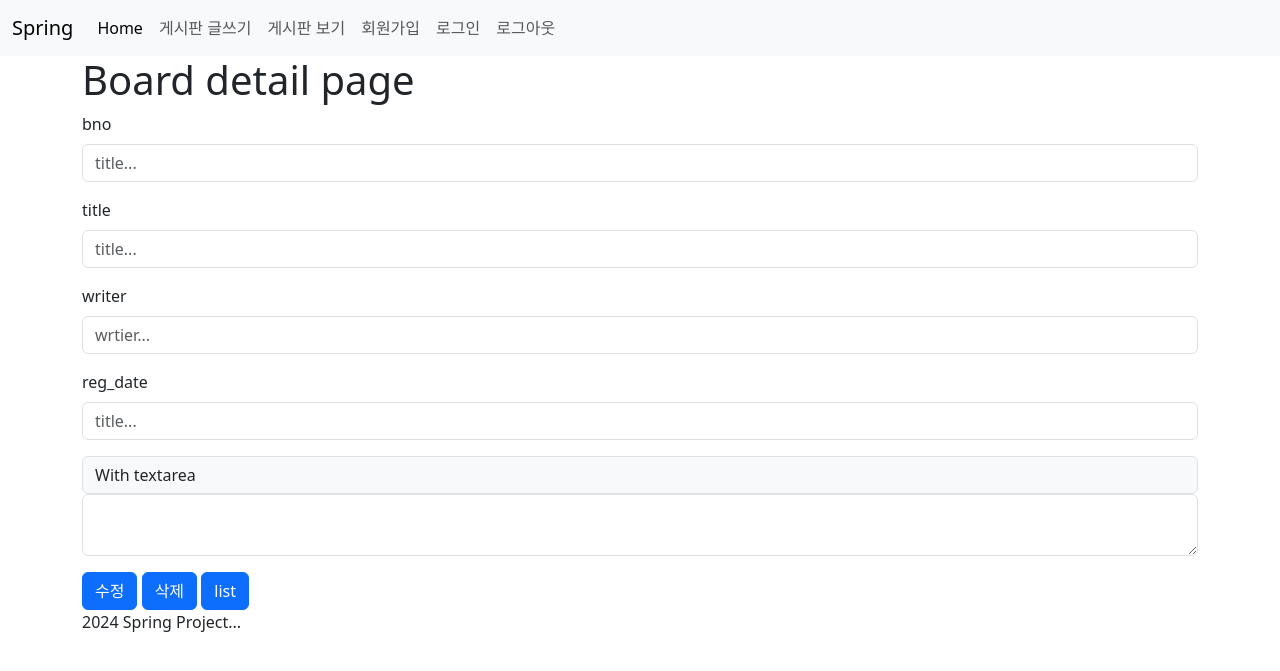
Repository: HaeunOh/study
Page: http://localhost/spring_study/WEB-INF/views/board/modify.jsp
These files come from the project's save history. The page is drawn as it stood at one moment and after the next save; the edit follows.
The browser window is 1280 px wide. The pictures show the whole page.
The page is served by Tomcat 9. Nobody is signed in. The template is opened directly, without the code that normally fills it, so the values that code supplies are empty.

Above is the page before, as saved 2024-04-24 05:48:45.

### _spring_workspace/spring_study/src/main/webapp/WEB-INF/views/board/modify.jsp
<%@ page language="java" contentType="text/html; charset=UTF-8"
    pageEncoding="UTF-8"%>
<!DOCTYPE html>
<html>
<head>
<meta charset="UTF-8">
<title>Insert title here</title>
</head>
<body>
	<jsp:include page="../layout/header.jsp" />
	<div class="container-md">
	<h1>Board detail page</h1>
		<form action="/board/insert" method="post">
			<div class="mb-3">
				<label for="t" class="form-label">bno</label>
				<input type="text" class="form-control" name="title" id="t" placeholder="title...">
			</div>
			<div class="mb-3">
				<label for="t" class="form-label">title</label>
				<input type="text" class="form-control" name="title" id="t" placeholder="title...">
			</div>
			<div class="mb-3">
				<label for="w" class="form-label">writer</label>
				<input type="text" class="form-control" name="writer" id="w" placeholder="wrtier...">
			</div>
			<div class="mb-3">
				<label for="t" class="form-label">reg_date</label>
				<input type="text" class="form-control" name="title" id="t" placeholder="title...">
			</div>
			<div class="mb-3">
  			<span class="input-group-text">With textarea</span>
  			<textarea class="form-control"  name="content" id="c" aria-label="With textarea"></textarea>
			</div>
			<button type="button" class="btn btn-primary">수정</button>
			<button type="button" class="btn btn-primary">삭제</button>
			<button type="button" class="btn btn-primary">list</button>
		</form>
	</div>
	<jsp:include page="../layout/footer.jsp"></jsp:include>

### _spring_workspace/spring_study/src/main/webapp/WEB-INF/views/layout/header.jsp
<%@ page language="java" contentType="text/html; charset=UTF-8"
    pageEncoding="UTF-8"%>
<!DOCTYPE html>
<html>
<head>
<meta charset="UTF-8">
<title>header.jsp</title>
<link href="https://cdn.jsdelivr.net/npm/bootstrap@5.3.3/dist/css/bootstrap.min.css" rel="stylesheet" integrity="sha384-QWTKZyjpPEjISv5WaRU9OFeRpok6YctnYmDr5pNlyT2bRjXh0JMhjY6hW+ALEwIH" crossorigin="anonymous">
<script src="https://cdn.jsdelivr.net/npm/bootstrap@5.3.3/dist/js/bootstrap.bundle.min.js" integrity="sha384-YvpcrYf0tY3lHB60NNkmXc5s9fDVZLESaAA55NDzOxhy9GkcIdslK1eN7N6jIeHz" crossorigin="anonymous"></script>
</head>
<body>
<nav class="navbar navbar-expand-lg bg-body-tertiary">
  <div class="container-fluid">
    <a class="navbar-brand" href="#">Spring</a>
    <button class="navbar-toggler" type="button" data-bs-toggle="collapse" data-bs-target="#navbarSupportedContent" aria-controls="navbarSupportedContent" aria-expanded="false" aria-label="Toggle navigation">
      <span class="navbar-toggler-icon"></span>
    </button>
    <div class="collapse navbar-collapse" id="navbarSupportedContent">
      <ul class="navbar-nav me-auto mb-2 mb-lg-0">
        <li class="nav-item">
          <a class="nav-link active" aria-current="page" href="#">Home</a>
        </li>
        <li class="nav-item">
          <a class="nav-link" href="/board/register">게시판 글쓰기</a>
        </li> <li class="nav-item">
          <a class="nav-link" href="/board/list">게시판 보기</a>
        </li>
         <li class="nav-item">
          <a class="nav-link" href="#">회원가입</a>
        </li>
         <li class="nav-item">
          <a class="nav-link" href="#">로그인</a>
        </li>
         <li class="nav-item">
          <a class="nav-link" href="#">로그아웃</a>
        </li>

      <!-- 드롭다운박스 & 검색창 -->
      <!--   <li class="nav-item dropdown">
          <a class="nav-link dropdown-toggle" href="#" role="button" data-bs-toggle="dropdown" aria-expanded="false">
            Dropdown
          </a>
          <ul class="dropdown-menu">
            <li><a class="dropdown-item" href="#">Action</a></li>
            <li><a class="dropdown-item" href="#">Another action</a></li>
            <li><hr class="dropdown-divider"></li>
            <li><a class="dropdown-item" href="#">Something else here</a></li>
          </ul>
        </li>
        <li class="nav-item">
          <a class="nav-link disabled" aria-disabled="true">Disabled</a>
        </li>

      </ul>
      <form class="d-flex" role="search">
        <input class="form-control me-2" type="search" placeholder="Search" aria-label="Search">
        <button class="btn btn-outline-success" type="submit">Search</button> -->


      </form>
    </div>
  </div>
</nav>
</body>
</html>

### _spring_workspace/spring_study/src/main/webapp/WEB-INF/views/layout/footer.jsp
<%@ page language="java" contentType="text/html; charset=UTF-8"
    pageEncoding="UTF-8"%>
    <title>footer.jsp</title>
<div class="container-md">
2024 Spring Project...
</div>
</body>
</html>

After the next save:
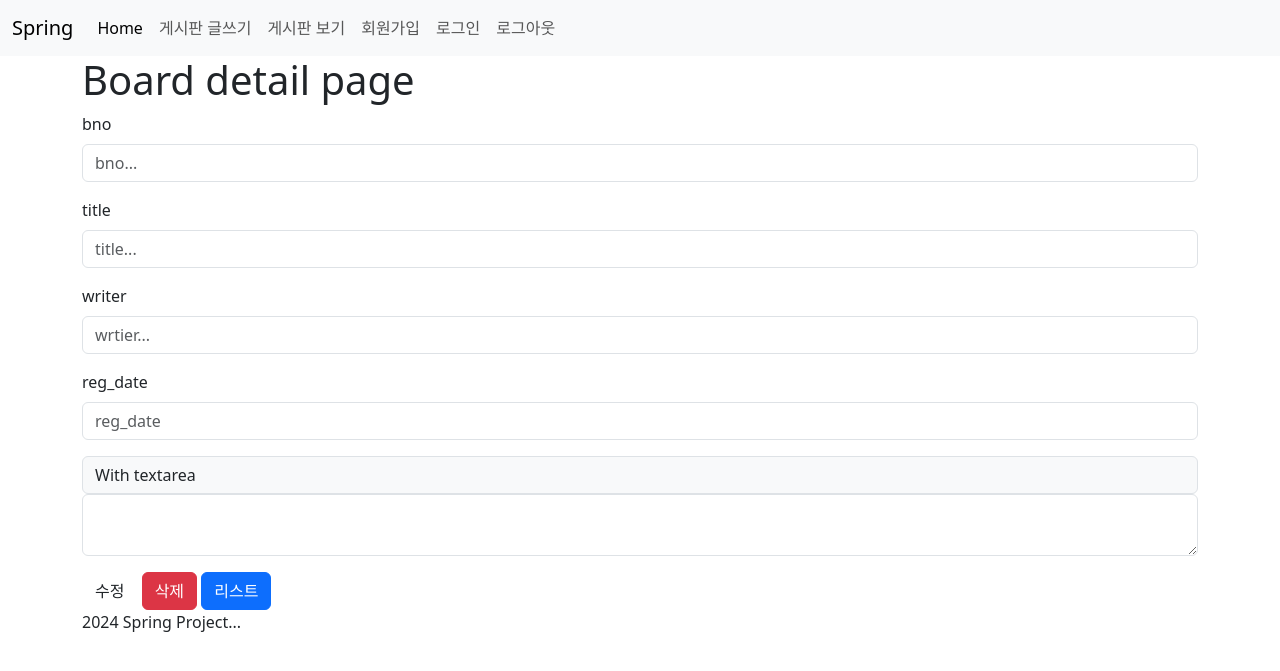
Saved 2 min 28 s later.
--- a/_spring_workspace/spring_study/src/main/webapp/WEB-INF/views/board/modify.jsp
+++ b/_spring_workspace/spring_study/src/main/webapp/WEB-INF/views/board/modify.jsp
@@ -10,10 +10,9 @@
 	<jsp:include page="../layout/header.jsp" />
 	<div class="container-md">
 	<h1>Board detail page</h1>
-		<form action="/board/insert" method="post">
 			<div class="mb-3">
-				<label for="t" class="form-label">bno</label>
-				<input type="text" class="form-control" name="title" id="t" placeholder="title...">
+				<label for="n" class="form-label">bno</label>
+				<input type="text" class="form-control" name="bno" id="n" placeholder="bno...">
 			</div>
 			<div class="mb-3">
 				<label for="t" class="form-label">title</label>
@@ -24,16 +23,16 @@
 				<input type="text" class="form-control" name="writer" id="w" placeholder="wrtier...">
 			</div>
 			<div class="mb-3">
-				<label for="t" class="form-label">reg_date</label>
-				<input type="text" class="form-control" name="title" id="t" placeholder="title...">
+				<label for="r" class="form-label">reg_date</label>
+				<input type="text" class="form-control" name="reg_date" id="r" placeholder="reg_date">
 			</div>
 			<div class="mb-3">
   			<span class="input-group-text">With textarea</span>
   			<textarea class="form-control"  name="content" id="c" aria-label="With textarea"></textarea>
 			</div>
-			<button type="button" class="btn btn-primary">수정</button>
-			<button type="button" class="btn btn-primary">삭제</button>
-			<button type="button" class="btn btn-primary">list</button>
-		</form>
+			<a><button type="button" class="btn btn-warnig">수정</button></a>
+			<a><button type="button" class="btn btn-danger">삭제</button></a>
+			<a><button type="button" class="btn btn-primary">리스트</button></a>
+
 	</div>
 	<jsp:include page="../layout/footer.jsp"></jsp:include>
